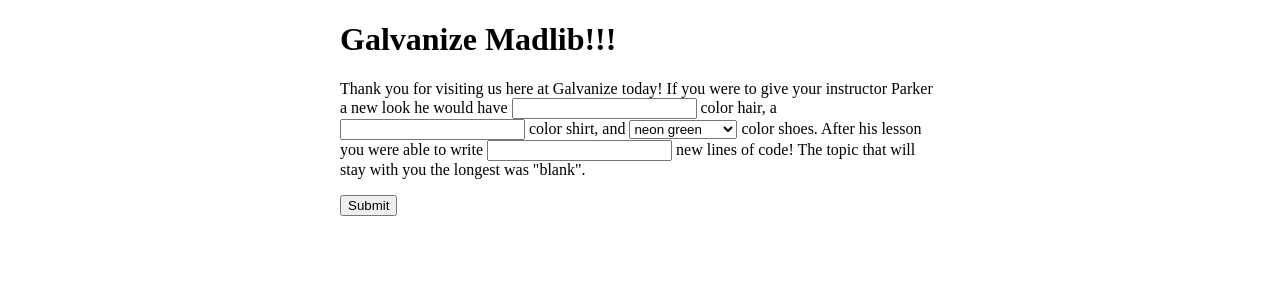
Repository: marta84/galvanize-scripted-madlib
Page: madlib.html
The author's editor kept a record of every edit. The page is drawn from the files as they stood at one moment, then again after the next edit.
The browser window is 1280 px wide. The pictures show the whole page.
Some web libraries are served in a nearby version.

Above is the page before.

### madlib.html
<!DOCTYPE html>
<html lang="en-us">
	<head>
		<meta charset="utf-8">
		<title>Galvanize Madlib</title>

		<style type="text/css">
			main {
				width: 600px;
				margin: auto;
			}
		</style>

		<script
			src="https://code.jquery.com/jquery-3.2.1.js"
			integrity="sha256-DZAnKJ/6XZ9si04Hgrsxu/8s717jcIzLy3oi35EouyE="
			crossorigin="anonymous"></script>
		<script type="text/javascript" src="script.js"></script>

	</head>

	<body>
		<main>
			<h1>Galvanize Madlib!!!</h1>
			<p>
				Thank you for visiting us here at Galvanize today! If you were to give your instructor Parker
				a new look he would have

				<input type="text"/>

				color hair, a

				<input type="text"/>

				color shirt, and

				<select name="instructor" id="instructor">
					<option value="neon green">neon green</option>
					<option value="bright purple">bright purple</option>
					<option value="radiant orange">radiant orange</option>
				</select>

				color shoes. After his lesson you were able to write

				<input type="number"/>

				new lines of code! The topic that will stay with you
				the longest was "blank".
			</p>


			<button id="clickButton">Submit</button>
	</main>


	</body>
</html>

### script.js
$(document).ready(function() {
    $("#clickButton").on("click", function() {

        var hairColor = "red";
        var shirtColor = "yellow";
        var shoesColor = "green";
        var linesOfCode = 123;
        var linesOfCodeModifier = modifierFunc(linesOfCode);
        var lessonLearned = "jQuery"

        var returnString =      "I had a great time at Galvanize with Parker today but his look needs"
                            +   " some serious help! First off, he should dye his hair " + hairColor + "."
                            +   " He also really needs a " + shirtColor + " shirt to go with some " + shoesColor
                            +   " shoes. Aside from his outfit, he was a pretty good instructor. I was able "
                            +   " to write " + linesOfCodeModifier + " more lines of code because of our review."
                            +   " After this time at Galvanize I will never forget" + lessonLearned + " !"

        $("main").text(returnString)

    });


});

After the next edit:
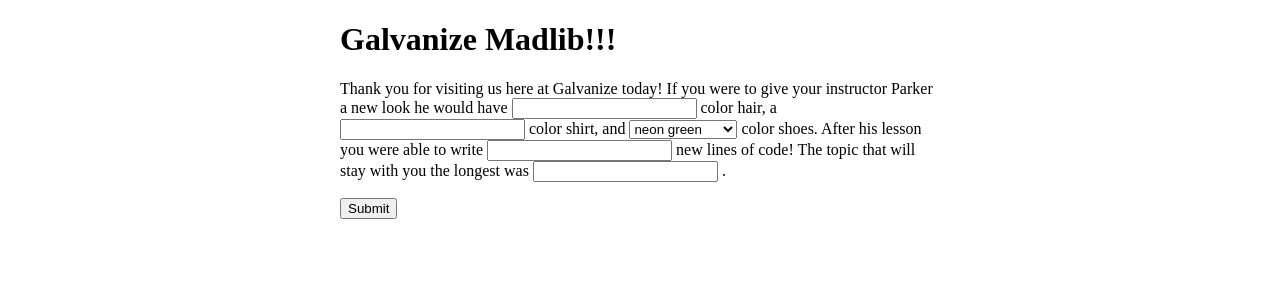
The edit:
--- a/madlib.html
+++ b/madlib.html
@@ -45,7 +45,11 @@
 				<input type="number"/>
 
 				new lines of code! The topic that will stay with you
-				the longest was "blank".
+				the longest was
+
+				<input type="text"/>
+
+				.
 			</p>
 
 
